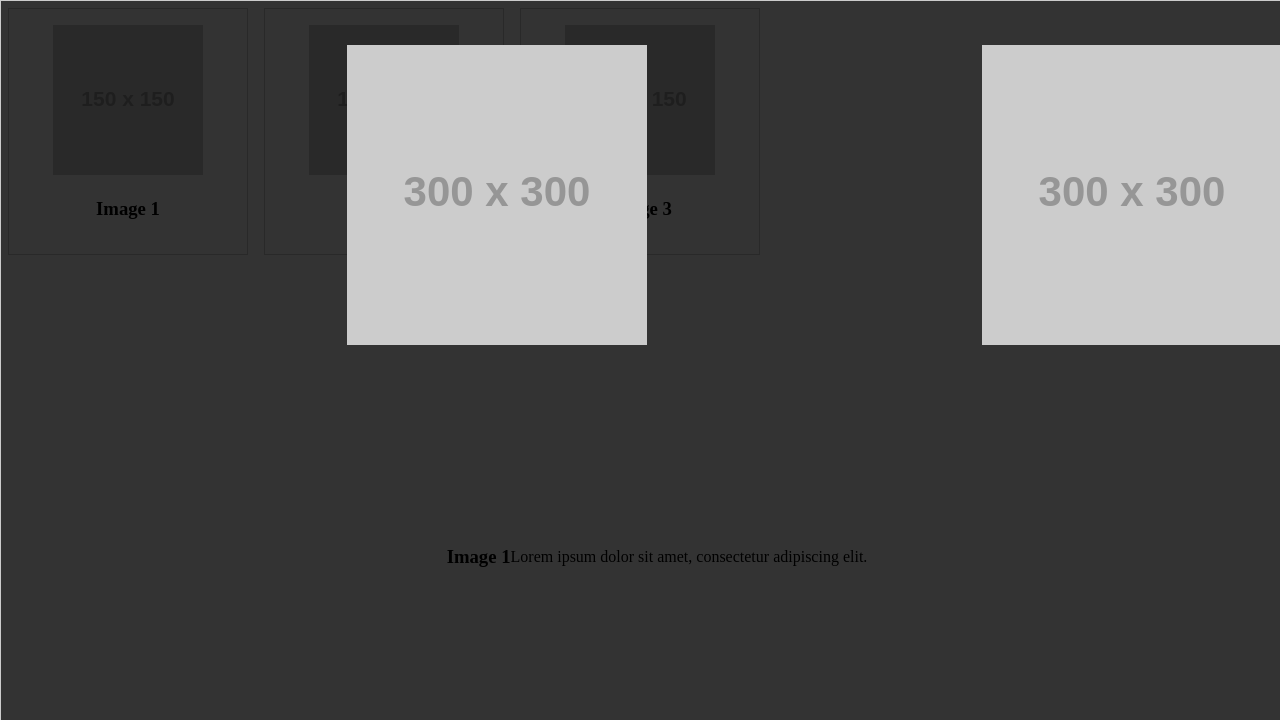
Repository: Jordybeer/wow
Page: /, after clicking the first element matching `div.card`
An editor plug-in stored every save of this project. The page is shown before and after the next save, followed by the edit.
The browser window is 1280 px wide. The pictures show the whole page.
The project was rebuilt for these pictures with package versions that can differ from the ones it lists, and the page was loaded fresh each time. The framework's server and built-in components were replaced by stand-ins that run in the browser.

Above is the page before, as saved 2023-09-18 09:36:55.

After the next save:
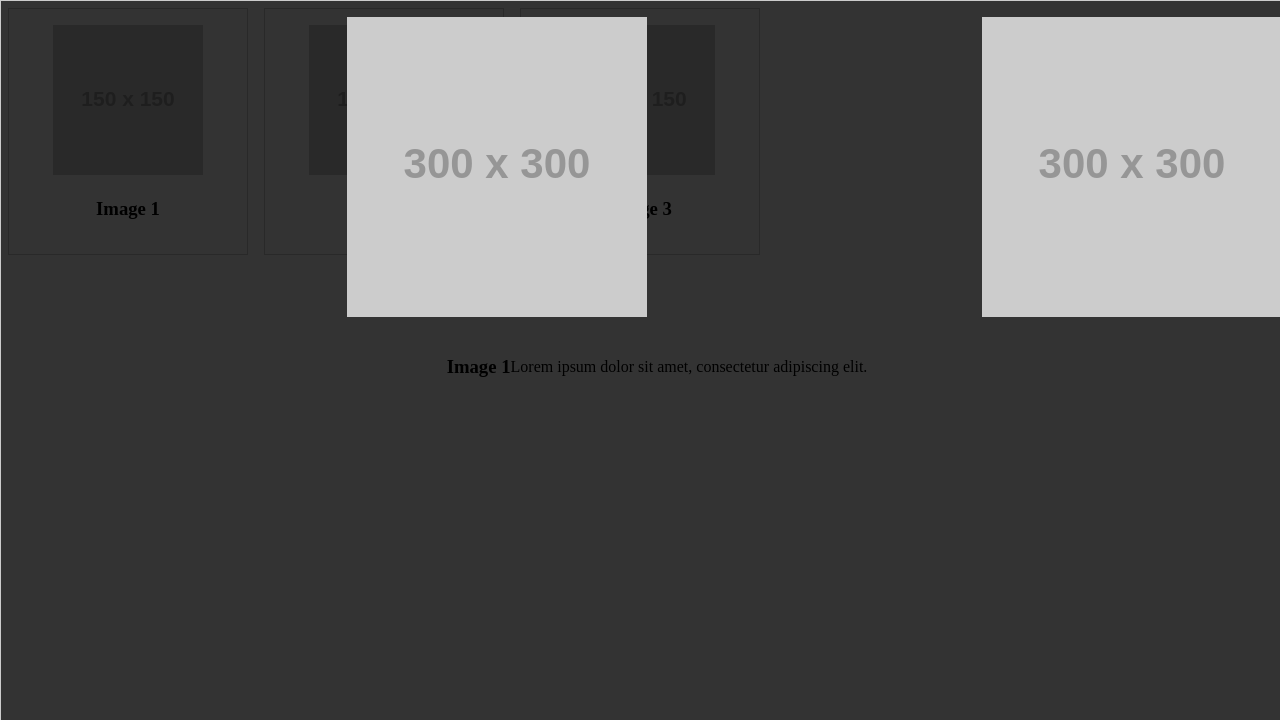
Saved 4 min 11 s later.
--- a/components/ExpandedCard.tsx
+++ b/components/ExpandedCard.tsx
@@ -1,6 +1,7 @@
 // components/ExpandedCard.tsx
 import React, { useState, useEffect } from 'react';
 import { motion, AnimatePresence } from 'framer-motion';
+import { Box, Divider } from '@chakra-ui/react';
 
 const ExpandedCard = ({ data, setSelectedCard }) => {
   const [currentSlide, setCurrentSlide] = useState(0);
@@ -24,27 +25,33 @@ const ExpandedCard = ({ data, setSelectedCard }) => {
         initial={{ opacity: 0 }}
         animate={{ opacity: 1 }}
         exit={{ opacity: 0 }}
-        onClick={() => setSelectedCard(null)}
       >
-        <div className="top-half">
-          <div className="carousel">
-            <img src={images[currentSlide]} alt={`Slide ${currentSlide + 1}`} />
+        <Box className="content-box">
+          <div className="top-half">
+            <motion.div
+              className="carousel"
+              drag="x"
+              dragConstraints={{ left: 0, right: 0 }}
+            >
+              <img src={images[currentSlide]} alt={`Slide ${currentSlide + 1}`} />
+            </motion.div>
+            <div className="thumbnails">
+              {images.map((img, index) => (
+                <img
+                  key={index}
+                  src={img}
+                  alt={`Thumbnail ${index + 1}`}
+                  onClick={() => setCurrentSlide(index)}
+                />
+              ))}
+            </div>
           </div>
-          <div className="thumbnails">
-            {images.map((img, index) => (
-              <img
-                key={index}
-                src={img}
-                alt={`Thumbnail ${index + 1}`}
-                onClick={() => setCurrentSlide(index)}
-              />
-            ))}
+          <Divider orientation="horizontal" />
+          <div className="bottom-half">
+            <h3>{data.title}</h3>
+            <p>Lorem ipsum dolor sit amet, consectetur adipiscing elit.</p>
           </div>
-        </div>
-        <div className="bottom-half">
-          <h3>{data.title}</h3>
-          <p>Lorem ipsum dolor sit amet, consectetur adipiscing elit.</p>
-        </div>
+        </Box>
       </motion.div>
     </AnimatePresence>
   );
